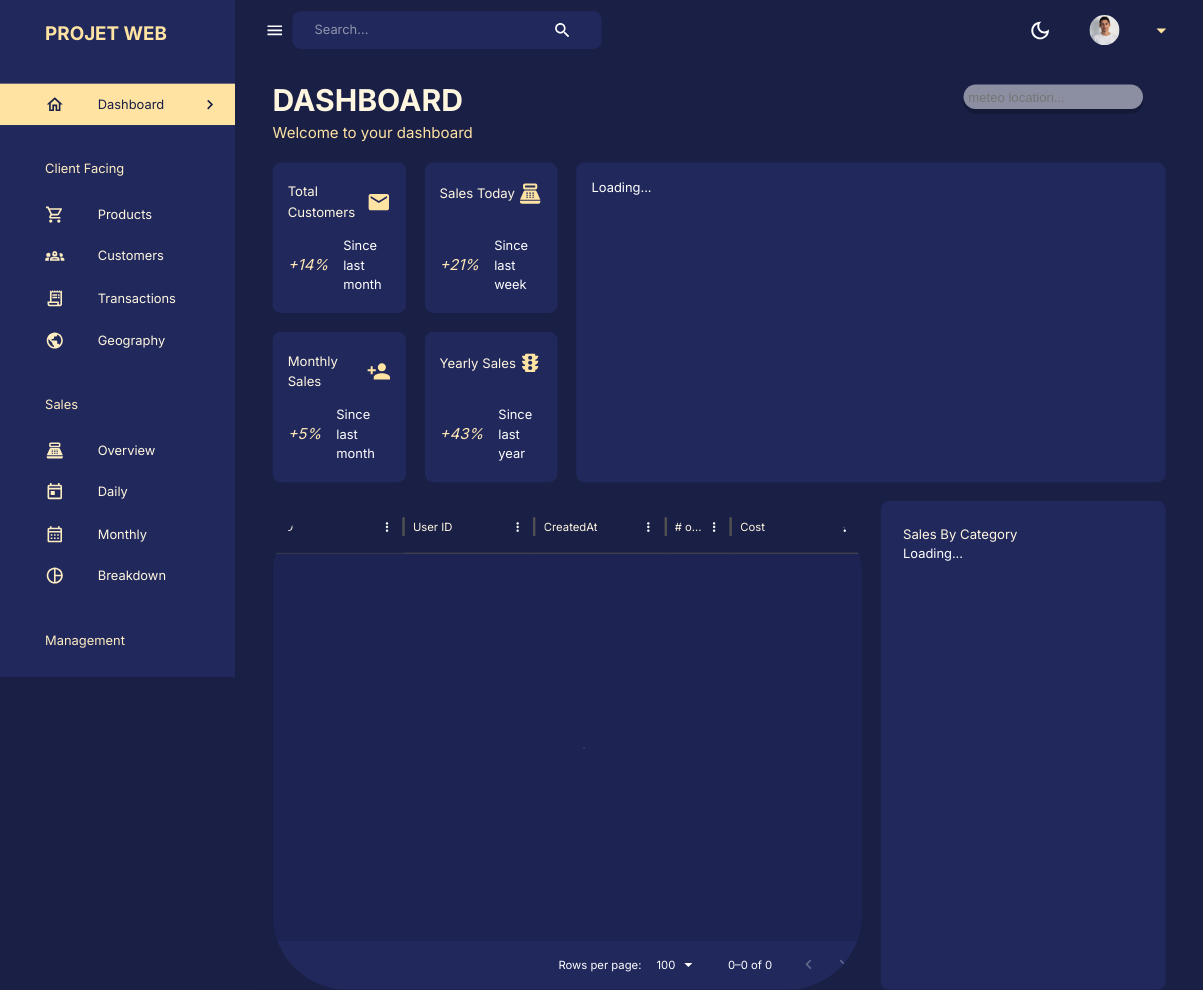
Repository: Alexiserenity/MERN-Dashboard
Page: / (app in client/)
These files come from the project's save history. The page is drawn as it stood at one moment and after the next save; the edit follows.
The browser window is 1280 px wide. The pictures show the whole page, at 94% of full size.
The page's requests for data from a server got no answer. The project was rebuilt for these pictures with package versions that can differ from the ones it lists, and the page was loaded fresh each time. No one was signed in, and anything a server would have sent is missing. Also part of the build but not shown: client/src/components/BreakdownChart.jsx, client/src/components/OverviewChart.jsx, client/src/scenes/products/index.jsx, client/src/scenes/customers/index.jsx, client/src/components/DataGridCustomToolbar.jsx, client/src/scenes/transactions/index.jsx, client/src/state/geoData.js, client/src/scenes/geography/index.jsx and 7 more.

Above is the page before, as saved 2022-12-23 23:13:51.

### client/src/state/api.js
import { createApi, fetchBaseQuery } from "@reduxjs/toolkit/query/react";

export const api = createApi({
  baseQuery: fetchBaseQuery({ baseUrl: process.env.REACT_APP_BASE_URL }),
  reducerPath: "adminApi",
  tagTypes: [
    "User",
    "Products",
    "Customers",
    "Transactions",
    "Geography",
    "Sales",
    "Admins",
    "Performance",
    "Dashboard",
  ],
  endpoints: (build) => ({
    getUser: build.query({
      query: (id) => `general/user/${id}`,
      providesTags: ["User"],
    }),
    getProducts: build.query({
      query: () => "client/products",
      providesTags: ["Products"],
    }),
    getCustomers: build.query({
      query: () => "client/customers",
      providesTags: ["Customers"],
    }),
    getTransactions: build.query({
      query: ({ page, pageSize, sort, search }) => ({
        url: "client/transactions",
        method: "GET",
        params: { page, pageSize, sort, search },
      }),
      providesTags: ["Transactions"],
    }),
    getGeography: build.query({
      query: () => "client/geography",
      providesTags: ["Geography"],
    }),
    getSales: build.query({
      query: () => "sales/sales",
      providesTags: ["Sales"],
    }),
    getAdmins: build.query({
      query: () => "management/admins",
      providesTags: ["Admins"],
    }),
    getUserPerformance: build.query({
      query: (id) => `management/performance/${id}`,
      providesTags: ["Performance"],
    }),
    getDashboard: build.query({
      query: () => "general/dashboard",
      providesTags: ["Dashboard"],
    }),
  }),
});

export const {
  useGetUserQuery,
  useGetProductsQuery,
  useGetCustomersQuery,
  useGetTransactionsQuery,
  useGetGeographyQuery,
  useGetSalesQuery,
  useGetAdminsQuery,
  useGetUserPerformanceQuery,
  useGetDashboardQuery,
} = api;

### client/src/scenes/layout/index.jsx
import React, { useState } from "react";
import { Box, useMediaQuery } from "@mui/material";
import { Outlet } from "react-router-dom";
import { useSelector } from "react-redux";
import Navbar from "components/Navbar";
import Sidebar from "components/Sidebar";
import { useGetUserQuery } from "state/api";

const Layout = () => {
  const isNonMobile = useMediaQuery("(min-width: 600px)");
  const [isSidebarOpen, setIsSidebarOpen] = useState(true);
  const userId = useSelector((state) => state.global.userId);
  const { data } = useGetUserQuery(userId);

  return (
    <Box display={isNonMobile ? "flex" : "block"} width="100%" height="100%">
      <Sidebar
        user={data || {}}
        isNonMobile={isNonMobile}
        drawerWidth="250px"
        isSidebarOpen={isSidebarOpen}
        setIsSidebarOpen={setIsSidebarOpen}
      />
      <Box flexGrow={1}>
        <Navbar
          user={data || {}}
          isSidebarOpen={isSidebarOpen}
          setIsSidebarOpen={setIsSidebarOpen}
        />
        <Outlet />
      </Box>
    </Box>
  );
};

export default Layout;

### client/src/scenes/dashboard/index.jsx
import React, { useState } from 'react';
import FlexBetween from "components/FlexBetween";
import Header from "components/Header";
import {
  DownloadOutlined,
  Email,
  PointOfSale,
  PersonAdd,
  Traffic,
  Search,
} from "@mui/icons-material";
import {
  Box,
  Button,
  Typography,
  useTheme,
  useMediaQuery,
  Toolbar,
} from "@mui/material";
import { DataGrid } from "@mui/x-data-grid";
import BreakdownChart from "components/BreakdownChart";
import OverviewChart from "components/OverviewChart";
import { useGetDashboardQuery } from "state/api";
import StatBox from "components/StatBox";

const api = {
  key: "0638574d291b3e1090515ce7939cd186",
  base: " http://api.openweathermap.org/data/2.5/"
}

const Dashboard = () => {
  const theme = useTheme();
  const isNonMediumScreens = useMediaQuery("(min-width: 1200px)");
  const { data, isLoading } = useGetDashboardQuery();

  const columns = [
    {
      field: "_id",
      headerName: "ID",
      flex: 1,
    },
    {
      field: "userId",
      headerName: "User ID",
      flex: 1,
    },
    {
      field: "createdAt",
      headerName: "CreatedAt",
      flex: 1,
    },
    {
      field: "products",
      headerName: "# of Products",
      flex: 0.5,
      sortable: false,
      renderCell: (params) => params.value.length,
    },
    {
      field: "cost",
      headerName: "Cost",
      flex: 1,
      renderCell: (params) => `$${Number(params.value).toFixed(2)}`,
    },
  ];

  const [query, setQuery] = useState('');
  const [weather, setWeather] = useState({});


  const search = evt => {
    if (evt.key === "Enter") {
      fetch(`${api.base}weather?q=${query}&units=metric&APPID=${api.key}`)
        .then(res => res.json())
        .then(result => {
          setWeather(result);
          setQuery('');
          console.log(result);
        });
    }
  }

  const dateBuilder = (d) => {
    let months = ["January", "February", "March", "April", "May", "June", "July", "August", "September", "October", "November", "December"];
    let days = ["Sunday", "Monday", "Tuesday", "Wednesday", "Thursday", "Friday", "Saturday"];

    let day = days[d.getDay()];
    let date = d.getDate();
    let month = months[d.getMonth()];
    let year = d.getFullYear();

    return `${day} ${date} ${month} ${year}`
  }




  return (
    <Box m="1.5rem 2.5rem">
      <FlexBetween>
        <Header title="DASHBOARD" subtitle="Welcome to your dashboard" />

        <Box>
          <Toolbar>





   <div className={(typeof weather.main != "undefined") ? ((weather.main.temp > 16) ? 'app warm' : 'app') : 'app'}>
     <main>
       <div className="search-box">
         <input
           type="text"
           className="search-bar"
           placeholder="meteo location..."
           onChange={e => setQuery(e.target.value)}
           value={query}
           onKeyPress={search}
         />

       </div>
       {(typeof weather.main != "undefined") ? (
        <div>
          <div className="location-box">
            <div className="location">{weather.name}, {weather.sys.country}</div>
            <div className="temp"> {Math.round(weather.main.temp)}°c </div>
            <div className="weather">{weather.weather[0].main}</div>
          </div>
        </div>
       ) : ('')}
     </main>
   </div>







          </Toolbar>
        </Box>
      </FlexBetween>

      <Box
        mt="20px"
        display="grid"
        gridTemplateColumns="repeat(12, 1fr)"
        gridAutoRows="160px"
        gap="20px"
        sx={{
          "& > div": { gridColumn: isNonMediumScreens ? undefined : "span 12" },
        }}
      >
        {/* ROW 1 */}
        <StatBox
          title="Total Customers"
          value={data && data.totalCustomers}
          increase="+14%"
          description="Since last month"
          icon={
            <Email
              sx={{ color: theme.palette.secondary[300], fontSize: "26px" }}
            />
          }
        />
        <StatBox
          title="Sales Today"
          value={data && data.todayStats.totalSales}
          increase="+21%"
          description="Since last week"
          icon={
            <PointOfSale
              sx={{ color: theme.palette.secondary[300], fontSize: "26px" }}
            />
          }
        />
        <Box
          gridColumn="span 8"
          gridRow="span 2"
          backgroundColor={theme.palette.background.alt}
          p="1rem"
          borderRadius="0.55rem"
        >
          <OverviewChart view="sales" isDashboard={true} />
        </Box>
        <StatBox
          title="Monthly Sales"
          value={data && data.thisMonthStats.totalSales}
          increase="+5%"
          description="Since last month"
          icon={
            <PersonAdd
              sx={{ color: theme.palette.secondary[300], fontSize: "26px" }}
            />
          }
        />
        <StatBox
          title="Yearly Sales"
          value={data && data.yearlySalesTotal}
          increase="+43%"
          description="Since last year"
          icon={
            <Traffic
              sx={{ color: theme.palette.secondary[300], fontSize: "26px" }}
            />
          }
        />

        {/* ROW 2 */}
        <Box
          gridColumn="span 8"
          gridRow="span 3"
          sx={{
            "& .MuiDataGrid-root": {
              border: "none",
              borderRadius: "5rem",
            },
            "& .MuiDataGrid-cell": {
              borderBottom: "none",
            },
            "& .MuiDataGrid-columnHeaders": {
              backgroundColor: theme.palette.background.alt,
              color: theme.palette.secondary[100],
              borderBottom: "none",
            },
            "& .MuiDataGrid-virtualScroller": {
              backgroundColor: theme.palette.background.alt,
            },
            "& .MuiDataGrid-footerContainer": {
              backgroundColor: theme.palette.background.alt,
              color: theme.palette.secondary[100],
              borderTop: "none",
            },
            "& .MuiDataGrid-toolbarContainer .MuiButton-text": {
              color: `${theme.palette.secondary[200]} !important`,
            },
          }}
        >
          <DataGrid
            loading={isLoading || !data}
            getRowId={(row) => row._id}
            rows={(data && data.transactions) || []}
            columns={columns}
          />
        </Box>
        <Box
          gridColumn="span 4"
          gridRow="span 3"
          backgroundColor={theme.palette.background.alt}
          p="1.5rem"
          borderRadius="0.55rem"
        >
          <Typography variant="h6" sx={{ color: theme.palette.secondary[100] }}>
            Sales By Category
          </Typography>
          <BreakdownChart isDashboard={true} />
          <Typography
            p="0 0.6rem"
            fontSize="0.8rem"
            sx={{ color: theme.palette.secondary[200] }}
          >
          </Typography>
        </Box>
      </Box>
    </Box>
  );
};

export default Dashboard;

### client/src/components/Navbar.jsx
import React, { useState } from "react";
import {
  LightModeOutlined,
  DarkModeOutlined,
  Menu as MenuIcon,
  Search,
  SettingsOutlined,
  ArrowDropDownOutlined,
} from "@mui/icons-material";
import FlexBetween from "components/FlexBetween";
import { useDispatch } from "react-redux";
import { setMode } from "state";
import profileImage from "assets/profile.jpeg";
import {
  AppBar,
  Button,
  Box,
  Typography,
  IconButton,
  InputBase,
  Toolbar,
  Menu,
  MenuItem,
  useTheme,
} from "@mui/material";

const Navbar = ({ user, isSidebarOpen, setIsSidebarOpen }) => {
  const dispatch = useDispatch();
  const theme = useTheme();

  const [anchorEl, setAnchorEl] = useState(null);
  const isOpen = Boolean(anchorEl);
  const handleClick = (event) => setAnchorEl(event.currentTarget);
  const handleClose = () => setAnchorEl(null);

  return (
    <AppBar
      sx={{
        position: "static",
        background: "none",
        boxShadow: "none",
      }}
    >
      <Toolbar sx={{ justifyContent: "space-between" }}>
        {/* LEFT SIDE */}
        <FlexBetween>
          <IconButton onClick={() => setIsSidebarOpen(!isSidebarOpen)}>
            <MenuIcon />
          </IconButton>
          <FlexBetween
            backgroundColor={theme.palette.background.alt}
            borderRadius="9px"
            gap="3rem"
            p="0.1rem 1.5rem"
          >
            <InputBase placeholder="Search..." />
            <IconButton>
              <Search />
            </IconButton>
          </FlexBetween>
        </FlexBetween>

        {/* RIGHT SIDE */}
        <FlexBetween gap="1.5rem">
          <IconButton onClick={() => dispatch(setMode())}>
            {theme.palette.mode === "dark" ? (
              <DarkModeOutlined sx={{ fontSize: "25px" }} />
            ) : (
              <LightModeOutlined sx={{ fontSize: "25px" }} />
            )}
          </IconButton>

          <FlexBetween>
            <Button
              onClick={handleClick}
              sx={{
                display: "flex",
                justifyContent: "space-between",
                alignItems: "center",
                textTransform: "none",
                gap: "1rem",
              }}
            >
              <Box
                component="img"
                alt="profile"
                src={profileImage}
                height="32px"
                width="32px"
                borderRadius="50%"
                sx={{ objectFit: "cover" }}
              />
              <Box textAlign="left">
                <Typography
                  fontWeight="bold"
                  fontSize="0.85rem"
                  sx={{ color: theme.palette.secondary[100] }}
                >
                  {user.name}
                </Typography>
                <Typography
                  fontSize="0.75rem"
                  sx={{ color: theme.palette.secondary[200] }}
                >
                  {user.occupation}
                </Typography>
              </Box>
              <ArrowDropDownOutlined
                sx={{ color: theme.palette.secondary[300], fontSize: "25px" }}
              />
            </Button>
          </FlexBetween>
        </FlexBetween>
      </Toolbar>
    </AppBar>
  );
};

export default Navbar;

### client/src/components/Sidebar.jsx
import React from "react";
import {
  Box,
  Divider,
  Drawer,
  IconButton,
  List,
  ListItem,
  ListItemButton,
  ListItemIcon,
  ListItemText,
  Typography,
  useTheme,
} from "@mui/material";
import {
  SettingsOutlined,
  ChevronLeft,
  ChevronRightOutlined,
  HomeOutlined,
  ShoppingCartOutlined,
  Groups2Outlined,
  ReceiptLongOutlined,
  PublicOutlined,
  PointOfSaleOutlined,
  TodayOutlined,
  CalendarMonthOutlined,
  AdminPanelSettingsOutlined,
  TrendingUpOutlined,
  PieChartOutlined,
} from "@mui/icons-material";
import { useEffect, useState } from "react";
import { useLocation, useNavigate } from "react-router-dom";
import FlexBetween from "./FlexBetween";
import profileImage from "assets/profile.jpeg";

const navItems = [
  {
    text: "Dashboard",
    icon: <HomeOutlined />,
  },
  {
    text: "Client Facing",
    icon: null,
  },
  {
    text: "Products",
    icon: <ShoppingCartOutlined />,
  },
  {
    text: "Customers",
    icon: <Groups2Outlined />,
  },
  {
    text: "Transactions",
    icon: <ReceiptLongOutlined />,
  },
  {
    text: "Geography",
    icon: <PublicOutlined />,
  },
  {
    text: "Sales",
    icon: null,
  },
  {
    text: "Overview",
    icon: <PointOfSaleOutlined />,
  },
  {
    text: "Daily",
    icon: <TodayOutlined />,
  },
  {
    text: "Monthly",
    icon: <CalendarMonthOutlined />,
  },
  {
    text: "Breakdown",
    icon: <PieChartOutlined />,
  },
  {
    text: "Management",
    icon: null,
  },
  {
    text: "Admin",
    icon: <AdminPanelSettingsOutlined />,
  },
  {
    text: "Performance",
    icon: <TrendingUpOutlined />,
  },
];

const Sidebar = ({
  user,
  drawerWidth,
  isSidebarOpen,
  setIsSidebarOpen,
  isNonMobile,
}) => {
  const { pathname } = useLocation();
  const [active, setActive] = useState("");
  const navigate = useNavigate();
  const theme = useTheme();

  useEffect(() => {
    setActive(pathname.substring(1));
  }, [pathname]);

  return (
    <Box component="nav">
      {isSidebarOpen && (
        <Drawer
          open={isSidebarOpen}
          onClose={() => setIsSidebarOpen(false)}
          variant="persistent"
          anchor="left"
          sx={{
            width: drawerWidth,
            "& .MuiDrawer-paper": {
              color: theme.palette.secondary[200],
              backgroundColor: theme.palette.background.alt,
              boxSixing: "border-box",
              borderWidth: isNonMobile ? 0 : "2px",
              width: drawerWidth,
            },
          }}
        >
          <Box width="100%">
            <Box m="1.5rem 2rem 2rem 3rem">
              <FlexBetween color={theme.palette.secondary.main}>
                <Box display="flex" alignItems="center" gap="0.8rem">
                  <Typography variant="h4" fontWeight="bold">
                    PROJET WEB
                  </Typography>
                </Box>
                {!isNonMobile && (
                  <IconButton onClick={() => setIsSidebarOpen(!isSidebarOpen)}>
                    <ChevronLeft />
                  </IconButton>
                )}
              </FlexBetween>
            </Box>
            <List>
              {navItems.map(({ text, icon }) => {
                if (!icon) {
                  return (
                    <Typography key={text} sx={{ m: "2.25rem 0 1rem 3rem" }}>
                      {text}
                    </Typography>
                  );
                }
                const lcText = text.toLowerCase();

                return (
                  <ListItem key={text} disablePadding>
                    <ListItemButton
                      onClick={() => {
                        navigate(`/${lcText}`);
                        setActive(lcText);
                      }}
                      sx={{
                        backgroundColor:
                          active === lcText
                            ? theme.palette.secondary[300]
                            : "transparent",
                        color:
                          active === lcText
                            ? theme.palette.primary[600]
                            : theme.palette.secondary[100],
                      }}
                    >
                      <ListItemIcon
                        sx={{
                          ml: "2rem",
                          color:
                            active === lcText
                              ? theme.palette.primary[600]
                              : theme.palette.secondary[200],
                        }}
                      >
                        {icon}
                      </ListItemIcon>
                      <ListItemText primary={text} />
                      {active === lcText && (
                        <ChevronRightOutlined sx={{ ml: "auto" }} />
                      )}
                    </ListItemButton>
                  </ListItem>
                );
              })}
            </List>
          </Box>
        </Drawer>
      )}
    </Box>
  );
};

export default Sidebar;

### client/src/components/StatBox.jsx
import React from "react";
import { Box, Typography, useTheme } from "@mui/material";
import FlexBetween from "./FlexBetween";

const StatBox = ({ title, value, increase, icon, description }) => {
  const theme = useTheme();
  return (
    <Box
      gridColumn="span 2"
      gridRow="span 1"
      display="flex"
      flexDirection="column"
      justifyContent="space-between"
      p="1.25rem 1rem"
      flex="1 1 100%"
      backgroundColor={theme.palette.background.alt}
      borderRadius="0.55rem"
    >
      <FlexBetween>
        <Typography variant="h6" sx={{ color: theme.palette.secondary[100] }}>
          {title}
        </Typography>
        {icon}
      </FlexBetween>

      <Typography
        variant="h3"
        fontWeight="600"
        sx={{ color: theme.palette.secondary[200] }}
      >
        {value}
      </Typography>
      <FlexBetween gap="1rem">
        <Typography
          variant="h5"
          fontStyle="italic"
          sx={{ color: theme.palette.secondary.light }}
        >
          {increase}
        </Typography>
        <Typography>{description}</Typography>
      </FlexBetween>
    </Box>
  );
};

export default StatBox;

Loaded but not shown: client/public/index.html (common file); client/src/index.js (common file); client/src/index.css (common file); client/src/App.js (common file); client/src/state/index.js (common file); client/src/components/FlexBetween.jsx (common file); client/src/components/Header.jsx (common file); client/src/theme.js (139 lines, source omitted)

After the next save:
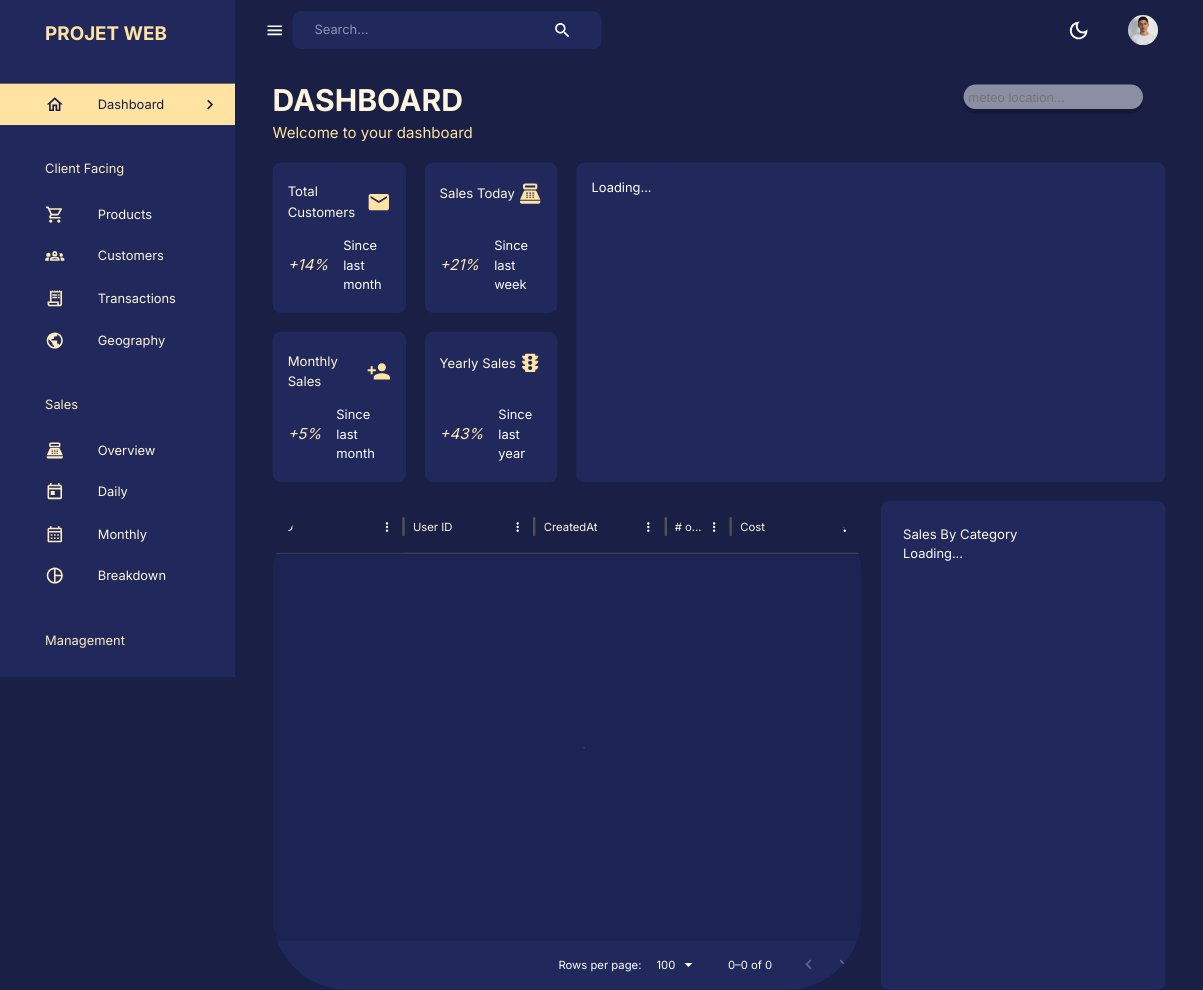
Saved 18 s later.
--- a/client/src/components/Navbar.jsx
+++ b/client/src/components/Navbar.jsx
@@ -105,9 +105,6 @@ const Navbar = ({ user, isSidebarOpen, setIsSidebarOpen }) => {
                   {user.occupation}
                 </Typography>
               </Box>
-              <ArrowDropDownOutlined
-                sx={{ color: theme.palette.secondary[300], fontSize: "25px" }}
-              />
             </Button>
           </FlexBetween>
         </FlexBetween>
